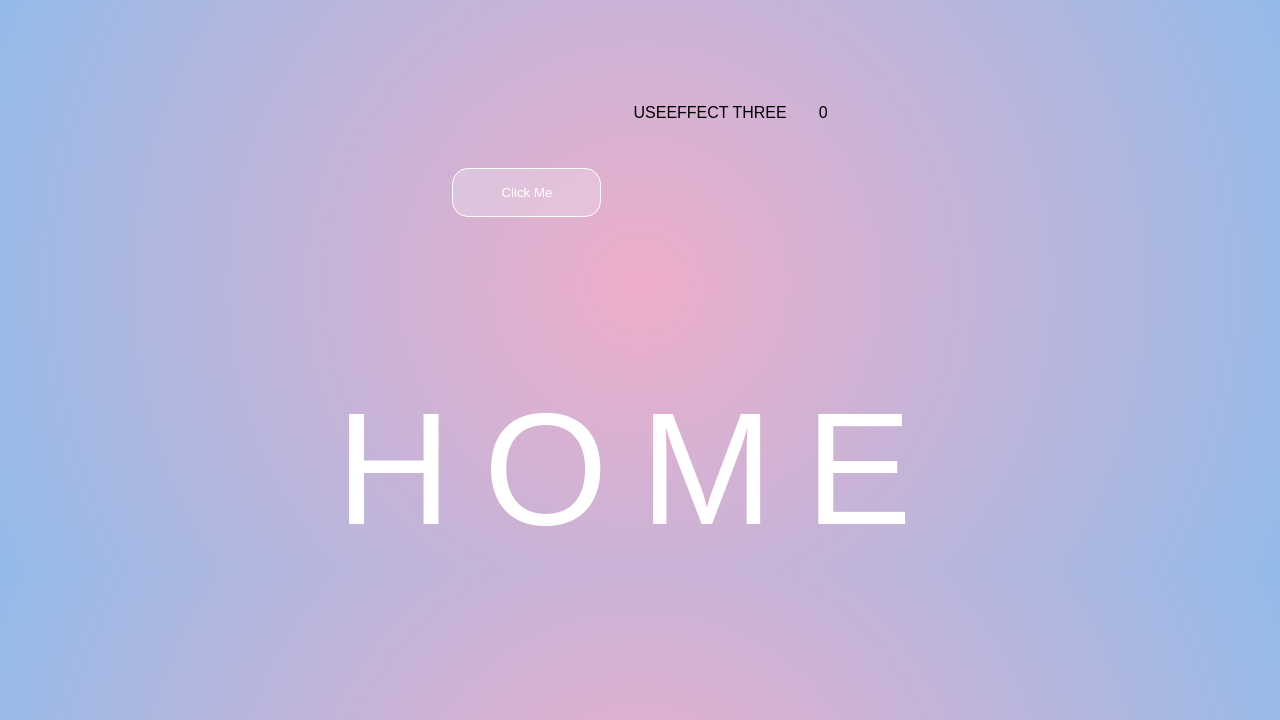
Repository: juliet-jskim/week-8-useEffect-carousel
Page: /useEffectThree
The author's editor kept a copy of each file at every save. The page is drawn from the files as they stood at one save, then again after the next save.
The browser window is 1280 px wide. The pictures show the whole page.
The project was rebuilt for these pictures with package versions that can differ from the ones it lists, and the page was loaded fresh each time. The framework's server and built-in components were replaced by stand-ins that run in the browser. Also part of the build but not shown: next.config.js.

Above is the page before, as saved 2023-02-20 23:18:20.

After the next save:
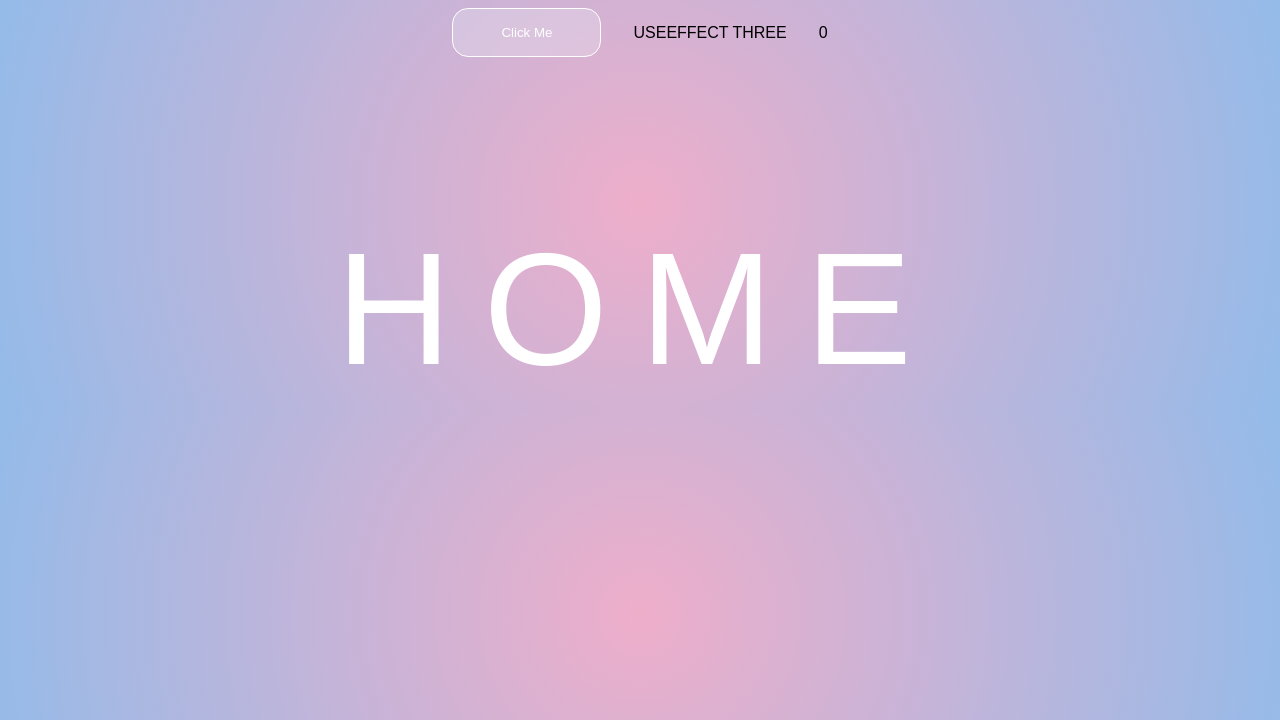
Saved 12 s later.
--- a/styles/UseEffectThree.module.css
+++ b/styles/UseEffectThree.module.css
@@ -29,5 +29,5 @@
     background-color: rgba(240, 248, 255, 0.24);
     border: 1px solid white;
     padding: 1rem 3rem;
-    margin-top: 10rem;
+    /* margin-top: 10rem; */
 }

After the save that followed:
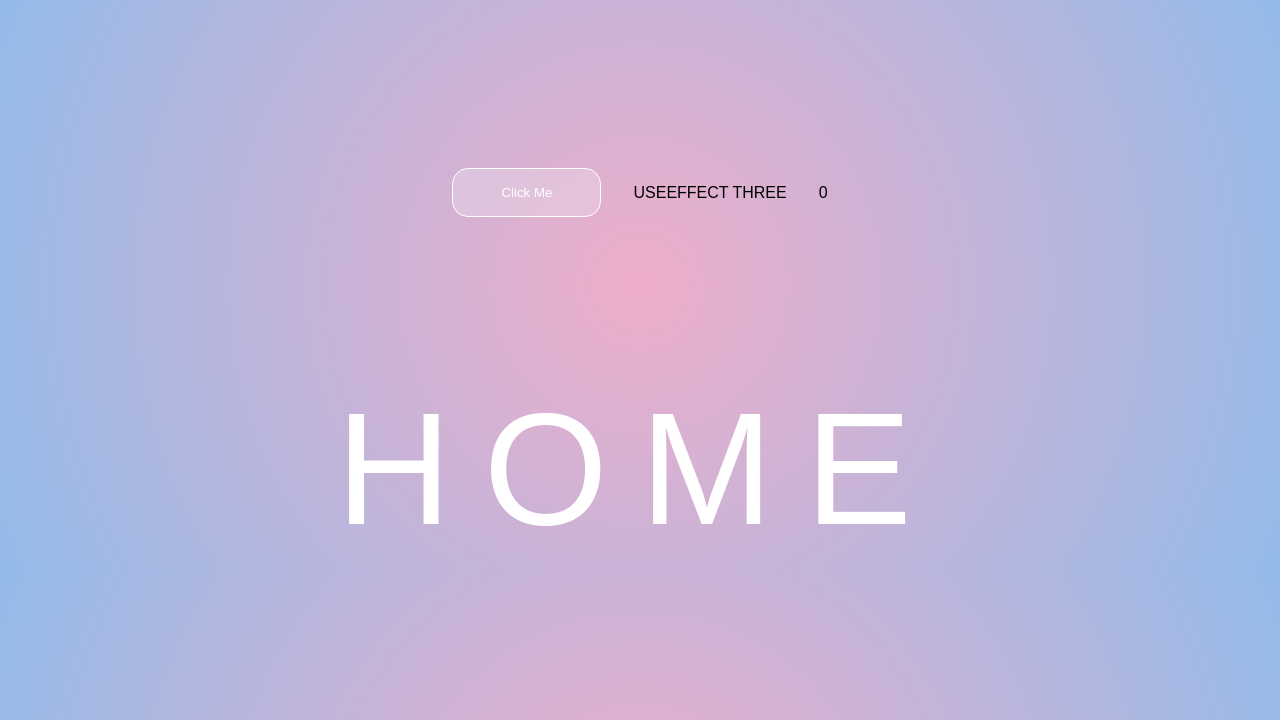
Saved 12 s later.
--- a/styles/UseEffectThree.module.css
+++ b/styles/UseEffectThree.module.css
@@ -22,6 +22,7 @@
     justify-content: center;
     align-items: center;
     gap: 2rem;
+    margin-top: 10rem;
 
 }
 
@@ -29,5 +30,4 @@
     background-color: rgba(240, 248, 255, 0.24);
     border: 1px solid white;
     padding: 1rem 3rem;
-    /* margin-top: 10rem; */
 }
